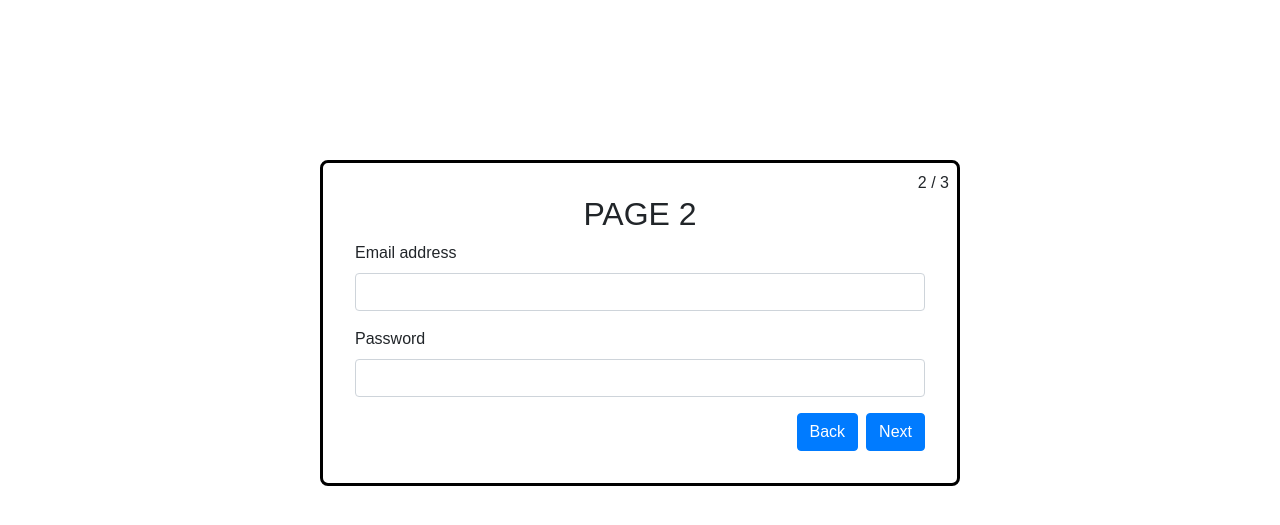
Repository: Aminox84/frontend-main
Page: /, after clicking the first element matching `button.btn`
The author's editor kept a copy of each file at every save. The page is drawn from the files as they stood at one save, then again after a run of saves.
The browser window is 1280 px wide. The pictures show the whole page.
The project was rebuilt for these pictures with package versions that can differ from the ones it lists, and the page was loaded fresh each time. Also part of the build but not shown: src/AccountForm.tsx.

Above is the page before, as saved 2022-12-29 19:44:39.

### public/index.html
<!DOCTYPE html>
<html lang="en">
  <head>
    <meta charset="utf-8" />
    <link rel="icon" href="%PUBLIC_URL%/favicon.ico" />
    <meta name="viewport" content="width=device-width, initial-scale=1" />
    <meta name="theme-color" content="#000000" />
    <meta
      name="description"
      content="Web site created using create-react-app"
    />
    <link rel="apple-touch-icon" href="%PUBLIC_URL%/logo192.png" />

    <link rel="manifest" href="%PUBLIC_URL%/manifest.json" />
    <link rel="stylesheet" href="https://cdn.jsdelivr.net/npm/bootstrap@4.4.1/dist/css/bootstrap.min.css" integrity="sha384-Vkoo8x4CGsO3+Hhxv8T/Q5PaXtkKtu6ug5TOeNV6gBiFeWPGFN9MuhOf23Q9Ifjh" crossorigin="anonymous">

    <title>React App</title>
  </head>
  <body>
    <noscript>You need to enable JavaScript to run this app.</noscript>
    <div id="root"></div>
    <script src="https://code.jquery.com/jquery-3.4.1.slim.min.js" integrity="sha384-J6qa4849blE2+poT4WnyKhv5vZF5SrPo0iEjwBvKU7imGFAV0wwj1yYfoRSJoZ+n" crossorigin="anonymous"></script>
    <script src="https://cdn.jsdelivr.net/npm/popper.js@1.16.0/dist/umd/popper.min.js" integrity="sha384-Q6E9RHvbIyZFJoft+2mJbHaEWldlvI9IOYy5n3zV9zzTtmI3UksdQRVvoxMfooAo" crossorigin="anonymous"></script>
    <script src="https://cdn.jsdelivr.net/npm/bootstrap@4.4.1/dist/js/bootstrap.min.js" integrity="sha384-wfSDF2E50Y2D1uUdj0O3uMBJnjuUD4Ih7YwaYd1iqfktj0Uod8GCExl3Og8ifwB6" crossorigin="anonymous"></script>
  </body>
</html>

### src/App.tsx
import React from 'react';
import { useMultistepForm } from './useMultistepForm';
import { AddressForm } from './AddressForm';
import { AccountForm } from './AccountForm';
import { UserForm } from './userForm';


function App() {


const {steps,currentStepIndex,step,isFirstStep,isLastStep,back,next} = useMultistepForm([<UserForm />,<AddressForm />,<AccountForm />])

  return (
    <div style={{position:"relative",background:"white",border:"0.2rem solid  black",padding:"2rem",margin:" 10rem auto",borderRadius:".5rem",fontFamily:"Arial",width:"50%",}}>
      <form>
       <div style={{position:"absolute",top:".5rem",right:".5rem"}}> {currentStepIndex + 1} / {steps.length}</div>
       {step}
       <div className='d-flex justify-content-end'>
       {!isFirstStep && <button className='btn btn-primary ml-2' type="button" onClick={back}>Back</button>}
       <button type="button" className='btn btn-primary ml-2' onClick={next}>{isLastStep ? "Finish" : "Next"}</button>
       </div>
      </form>
    </div>
  );
}

export default App;

### src/useMultistepForm.ts
import {ReactElement,useState} from 'react'



export function useMultistepForm(steps: ReactElement[]){

const [currentStepIndex, setCurrentStepIndex]=useState(0)

function next(){
setCurrentStepIndex(i=>{
    if ( i > steps.length-1) return i
    return i +1
})
}
function back(){
    setCurrentStepIndex(i=>{
        if ( i <= 0) return i
        return i -1
    })
}
function goTo(index:number){
    setCurrentStepIndex(index);
}





return {
    currentStepIndex,
    step: steps[currentStepIndex],
    steps,
    isFirstStep: currentStepIndex===0,
    isLastStep: currentStepIndex=== steps.length-1,
    goTo,
    next,
    back
}

}

### src/AddressForm.tsx
export function AddressForm() {
  return (
    <>
      <h2 style={{textAlign:"center"}}>PAGE 2</h2>

      <form>
        <div className="form-group">
          <label htmlFor="exampleInputEmail1">Email address</label>
          <input
            type="email"
            className="form-control"
            id="exampleInputEmail1"
            aria-describedby="emailHelp"
          />
        </div>
        <div className="form-group">
          <label htmlFor="exampleInputPassword1">Password</label>
          <input
            type="password"
            className="form-control"
            id="exampleInputPassword1"
          />
        </div>
      </form>
    </>
  )
}

### src/userForm.tsx
export function UserForm() {
  return (
    <>

      <h2 style={{textAlign:"center"}}>PAGE1</h2>

      <form>
        <div className="form-group">
          <label htmlFor="exampleInputEmail1">Email address</label>
          <input
            type="email"
            className="form-control"
            id="exampleInputEmail1"
            aria-describedby="emailHelp"
          />
        </div>
        <div className="form-group">
          <label htmlFor="exampleInputPassword1">Password</label>
          <input
            type="password"
            className="form-control"
            id="exampleInputPassword1"
          />
        </div>
      </form>
    </>
  )
}

Loaded but not shown: src/index.tsx (common file)

After the next 2 saves:
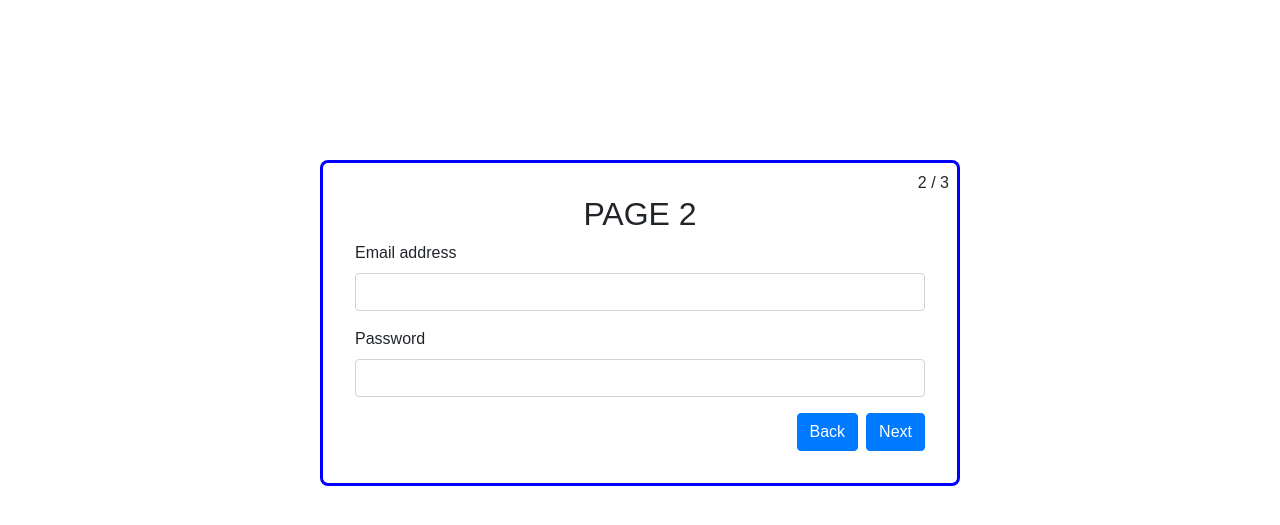
The 2 saves are shown as one change because they came seconds apart.
The last was saved 8 s later.
--- a/src/App.tsx
+++ b/src/App.tsx
@@ -11,7 +11,7 @@
 const {steps,currentStepIndex,step,isFirstStep,isLastStep,back,next} = useMultistepForm([<UserForm />,<AddressForm />,<AccountForm />])
 
   return (
-    <div style={{position:"relative",background:"white",border:"0.2rem solid  black",padding:"2rem",margin:" 10rem auto",borderRadius:".5rem",fontFamily:"Arial",width:"50%",}}>
+    <div style={{position:"relative",background:"white",border:"0.2rem solid  blue",padding:"2rem",margin:" 10rem auto",borderRadius:".5rem",fontFamily:"Arial",width:"50%",}}>
       <form>
        <div style={{position:"absolute",top:".5rem",right:".5rem"}}> {currentStepIndex + 1} / {steps.length}</div>
        {step}

After the save that followed:
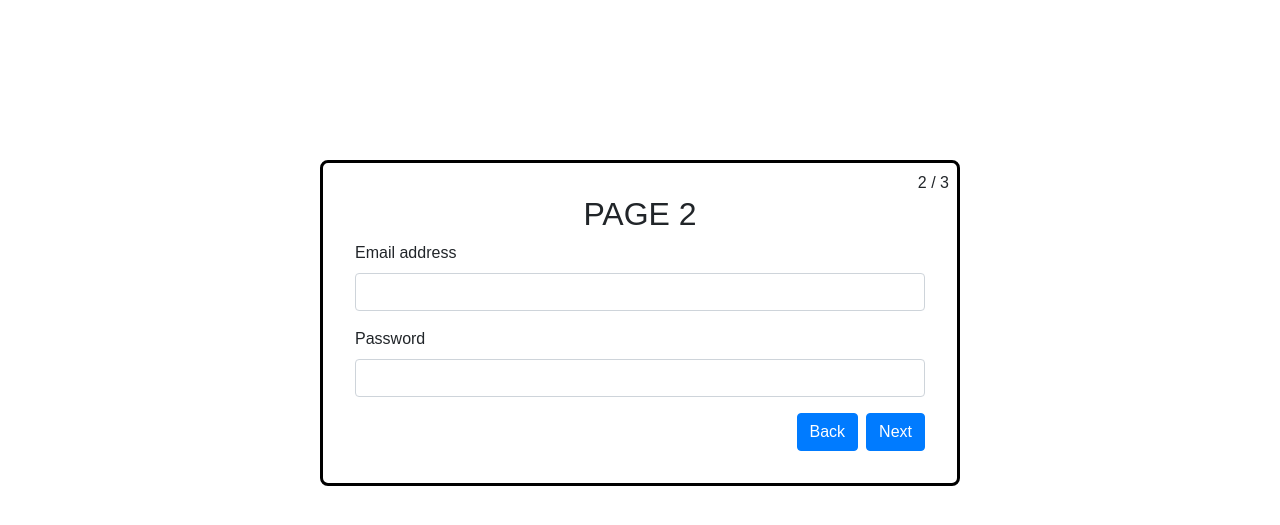
Saved 6 s later.
--- a/src/App.tsx
+++ b/src/App.tsx
@@ -11,7 +11,7 @@
 const {steps,currentStepIndex,step,isFirstStep,isLastStep,back,next} = useMultistepForm([<UserForm />,<AddressForm />,<AccountForm />])
 
   return (
-    <div style={{position:"relative",background:"white",border:"0.2rem solid  blue",padding:"2rem",margin:" 10rem auto",borderRadius:".5rem",fontFamily:"Arial",width:"50%",}}>
+    <div style={{position:"relative",background:"white",border:"0.2rem solid  black",padding:"2rem",margin:" 10rem auto",borderRadius:".5rem",fontFamily:"Arial",width:"50%",}}>
       <form>
        <div style={{position:"absolute",top:".5rem",right:".5rem"}}> {currentStepIndex + 1} / {steps.length}</div>
        {step}
